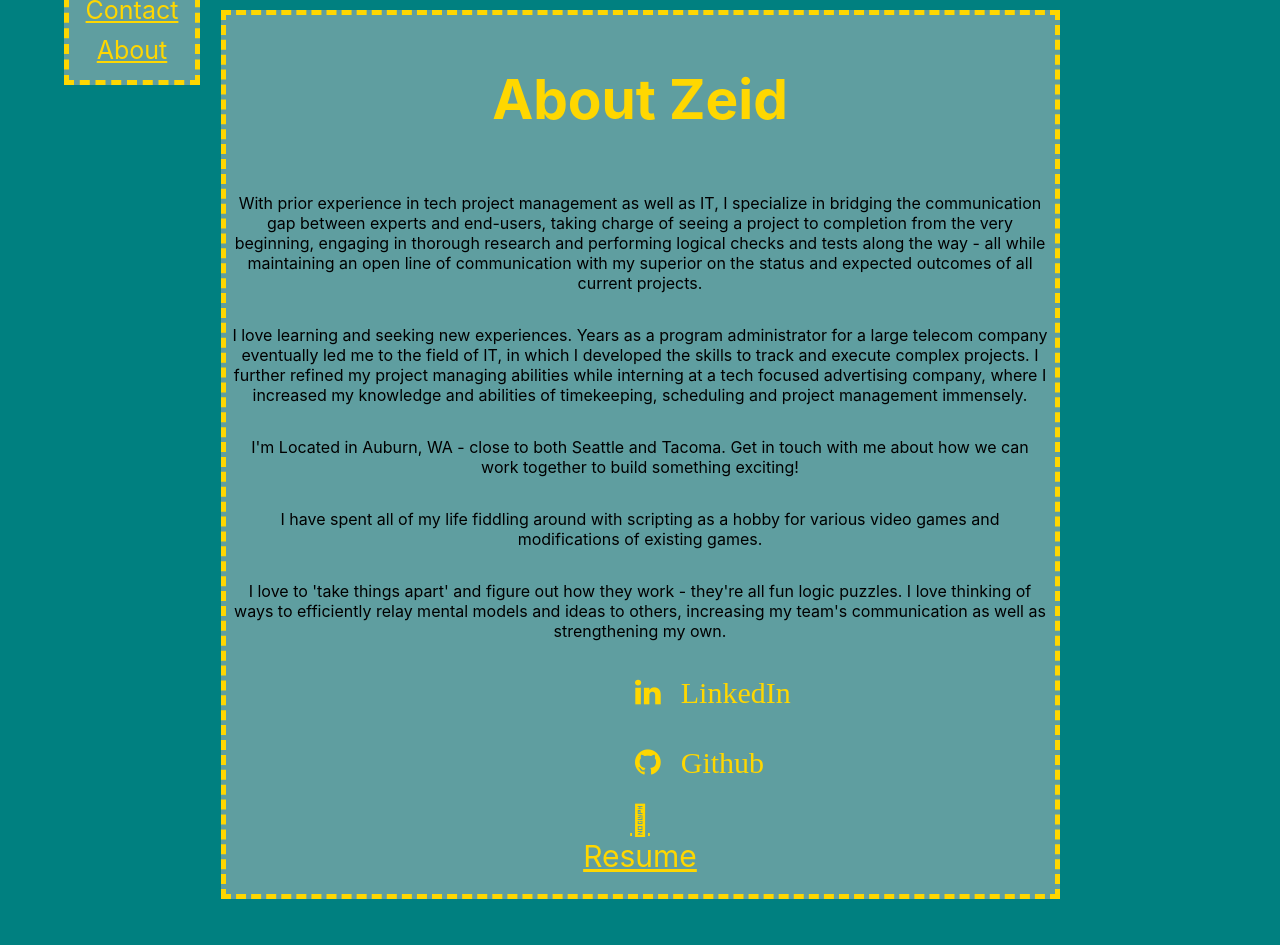
Repository: zeidalidiez/portfolioreact
Page: /About
These files come from the project's save history. The page is drawn as it stood at one moment and after the next save; the edit follows.
The browser window is 1280 px wide. The pictures show the whole page.
The project was rebuilt for these pictures with package versions that can differ from the ones it lists, and the page was loaded fresh each time. Also part of the build but not shown: src/components/Thumbnail.js, src/components/Projects.js, src/components/Contact.js.

Above is the page before, as saved 2021-02-09 00:18:49.

### public/index.html
<!DOCTYPE html>
<html lang="en">
  <head>
    <meta charset="utf-8" />
    <link href="data:[embedded picture, 289 characters]" rel="icon" type="image/x-icon" />    <meta name="viewport" content="width=device-width, initial-scale=1" />
    <link rel="stylesheet" href="https://cdnjs.cloudflare.com/ajax/libs/font-awesome/4.7.0/css/font-awesome.min.css">
    <meta name="theme-color" content="#000000" />
    <meta
      name="description"
      content="Web site created using create-react-app"
    />    <!--
      manifest.json provides metadata used when your web app is installed on a
      user's mobile device or desktop. See https://developers.google.com/web/fundamentals/web-app-manifest/
    -->
    <link rel="manifest" href="%PUBLIC_URL%/manifest.json" />
    <!--
      Notice the use of %PUBLIC_URL% in the tags above.
      It will be replaced with the URL of the `public` folder during the build.
      Only files inside the `public` folder can be referenced from the HTML.

      Unlike "/favicon.ico" or "favicon.ico", "%PUBLIC_URL%/favicon.ico" will
      work correctly both with client-side routing and a non-root public URL.
      Learn how to configure a non-root public URL by running `npm run build`.
    -->
    <title>Zeid Diez - Portfolio</title>
  </head>
  <body>
    <noscript>You need to enable JavaScript to run this app.</noscript>
    <div id="root"></div>
    <!--
      This HTML file is a template.
      If you open it directly in the browser, you will see an empty page.

      You can add webfonts, meta tags, or analytics to this file.
      The build step will place the bundled scripts into the <body> tag.

      To begin the development, run `npm start` or `yarn start`.
      To create a production bundle, use `npm run build` or `yarn build`.
    -->
  </body>
</html>

### src/index.js
import React from 'react';
import ReactDOM from 'react-dom';
import './index.css';
import App from './components/App';
import reportWebVitals from './reportWebVitals';

ReactDOM.render(
  <React.StrictMode>
  <App />
  </React.StrictMode>,
  document.getElementById('root')
);

// If you want to start measuring performance in your app, pass a function
// to log results (for example: reportWebVitals(console.log))
// or send to an analytics endpoint. Learn more: https://bit.ly/CRA-vitals
reportWebVitals();

### src/components/App.js
// App.jsx

import React from 'react';
// Import the BrowserRouter, Route and Link components
import {Route, BrowserRouter as Router, Link} from "react-router-dom";
import Projects from './Projects.js';
import Contact from './Contact.js';
import About from './About.js';
import './App.css';

function App() {
  return (
    <header>
    <Router>
      <div className="App">
        <Route exact path="/Projects" component={Projects} />
        <Route exact path="/Contact" component={Contact} />
        <Route exact path="/About" component={About} />
        <Route exact path="/" component={About} />
  <nav>
        <div className="navigation">
          <div className="navigation-sub">
            <Link to="/Projects" className="item">Projects</Link>
            <Link to="/Contact" className="item">Contact</Link>
            <Link to="/About" className="item">About</Link>

          </div>
        </div>
        </nav>
      </div>
    </Router>
    <menu>

</menu>
    </header>


  );
}

export default App;

### src/components/About.js
import React from "react"

function About(props) {
  return (
    <div className="aboutDiv">
      <h2>About Zeid</h2>
      <p>With prior experience in tech project management as well as IT, I specialize in bridging the communication gap between experts and end-users, taking charge of seeing a project to completion from the very beginning, engaging in thorough research and performing logical checks and tests along the way - all while maintaining an open line of communication with my superior on the status and expected outcomes of all current projects. </p>
      <p>I love learning and seeking new experiences. Years as a program administrator for a large telecom company eventually led me to the field of IT, in which I developed the skills to track and execute complex projects. I further refined my project managing abilities while interning at a tech focused advertising company, where I increased my knowledge and abilities of timekeeping, scheduling and project management immensely.</p>
      <p>I'm Located in Auburn, WA - close to both Seattle and Tacoma. Get in touch with me about how we can work together to build something exciting! </p>
      <p>I have spent all of my life fiddling around with scripting as a hobby for various video games and modifications of existing games.</p>
      <p>I love to 'take things apart' and figure out how they work - they're all fun logic puzzles. I love thinking of ways to efficiently relay mental models and ideas to others, increasing my team's communication as well as strengthening my own.</p>

      <a href="https://www.linkedin.com/in/zeid-diez/" class="fa fa-linkedin">LinkedIn</a>
      <a href="https://github.com/zeidalidiez" class="fa fa-github">Github</a>
      <a href="https://github.com/zeidalidiez/portfolioreact/raw/master/public/New%20Resume.pdf" class="fas fa-file">Resume</a>
    </div>
  )
}

export default About;

### src/components/App.css

body {
  background-color: teal;
  display: grid;
}
div {
display: grid;
padding: 5px;
position: relative;
text-align: center;
padding-bottom: 15px;

}
 .projectDiv {
  background-color: cadetblue;
  width: 65%;
  justify-self: center;
  align-self: center;
  align-items: center;
  border: 5px dashed gold;
 }
h2 {
  color: Gold;
  font-size: 55px;
}

/* div.project {
  text-align: center;
  font-family: Georgia, "Times New Roman", Times, serif;
  font-style: italic;
  padding-bottom: 15px;
  border: 5px dashed gold;
  width: 80%;
  justify-self: center;
} */

div.project-title {
  position: relative;
  text-align: center;
  font-family: Georgia, "Times New Roman", Times, serif;
  font-style: italic;
  padding-bottom: 15px;

}

.navigation {
text-align: center;
align-self: center;
top: 0;
position: fixed;
  }

.navigation-sub {
padding: 10px;
text-align: center;
align-self: center;
bottom: auto;
left: 5%;
position: fixed;
border: 5px dashed gold;
background-color: cadetblue;
font-size: 25px;
}

a {
  display: grid;
padding: 5px;
text-align: center;
align-self: center;
}

img {
  display: block;
  margin-left: auto;
  margin-right: auto;
  width: 50%;
}


/* unvisited link */
a:link {
  color: gold;
}

/* visited link */
a:visited {
  color: rgb(255, 208, 0);
}

/* mouse over link */
a:hover {
  color: rgb(255, 174, 0);
}

/* selected link */
a:active {
  color: rgb(255, 0, 0);
}

.aboutDiv {
  background-color: cadetblue;
  width: 65%;
  justify-self: center;
  border: 5px dashed gold;

}

form {
  background-color: cadetblue;
  width: 65%;
  justify-self: center;
  padding-bottom: 60px;
  display: grid;
  border: 5px dashed gold;
}

.emailInput {
  width: 100%;
  padding: 12px 20px;
  margin: 8px 0;
  box-sizing: border-box;
}

.messageInput {
  width: 100%;
  box-sizing: border-box;
  height: 150px;
  border-radius: 4px;
  resize: none;
}

/* Style all font awesome icons */
.fa {
  padding: 20px;
  font-size: 50px;
  width: 50px;
  text-align: center;
  text-decoration: none;
  justify-self:center;
}

/* Add a hover effect if you want */
.fa:hover {
  opacity: 0.7;
}

/* Set a specific color for each brand */

/* Resume */
.fa-file {
  font-size: 30px;
}

/* linkedin */
.fa-linkedin {
  font-size: 30px;
}

/* github */
.fa-github {

  font-size: 30px;
}

a.fa.fa-linkedin::before {
  padding: 20px;
}

a.fa.fa-github::before {
  padding: 20px;
}

a.fa.fa-linkedin::after {
  font-size: 20px;
}

a.fa.fa-github::after {
  font-size: 20px;
}

@media screen and (max-width: 800px) {
  .navigation {
    text-align: center;
    align-self: center;
    top: 0;
    position: fixed;
      }

    .navigation-sub {
    padding: 10px;
    text-align: center;
    align-self: center;
    bottom: auto;
    left: 5%;
    position: fixed;
    border: 5px dashed gold;
    background-color: cadetblue;
    font-size: 10px;
    }
}

Loaded but not shown: src/index.css (common file); src/reportWebVitals.js (common file)

After the next save:
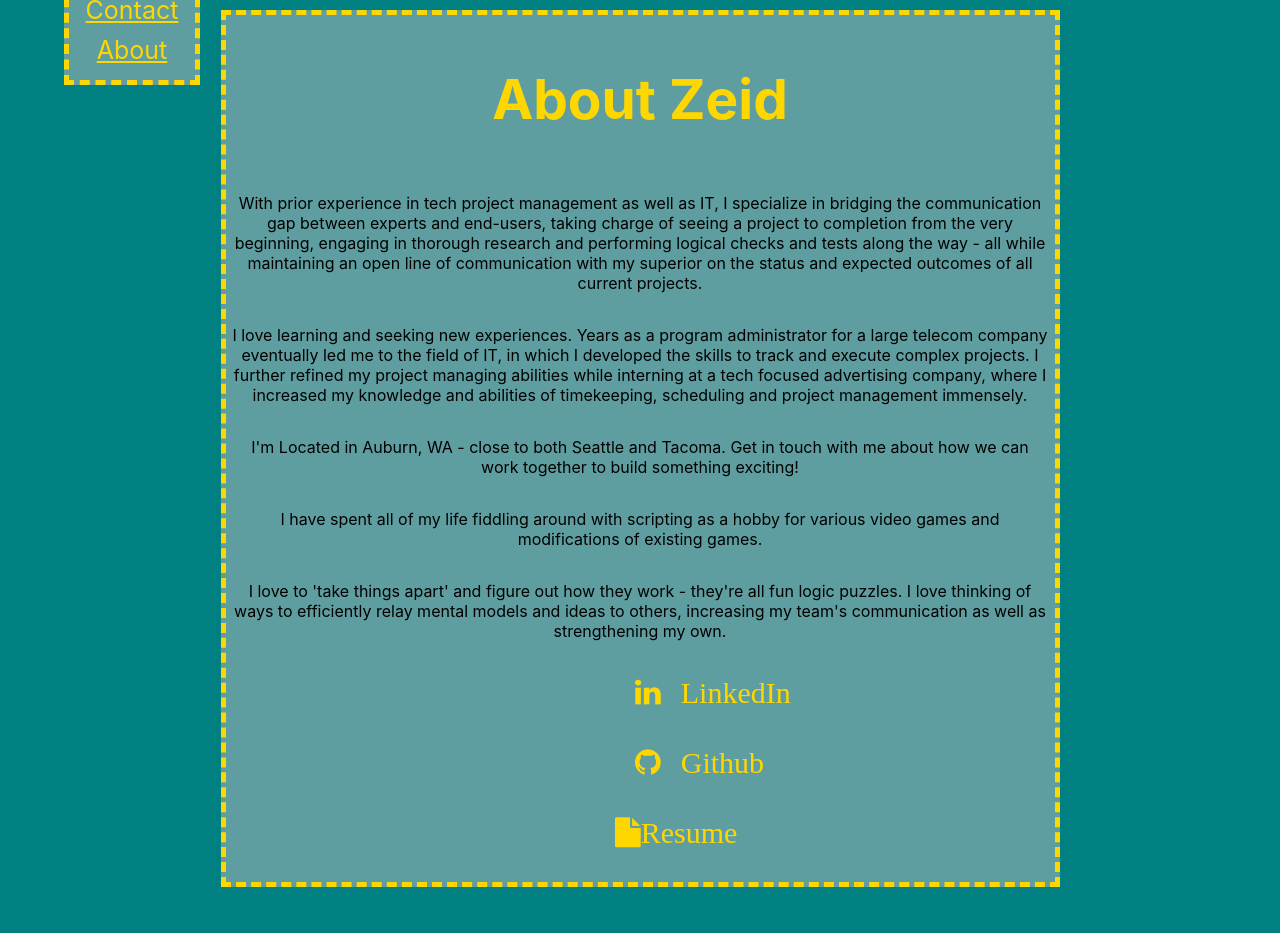
Saved 64 s later.
--- a/src/components/About.js
+++ b/src/components/About.js
@@ -12,7 +12,7 @@ function About(props) {
 
       <a href="https://www.linkedin.com/in/zeid-diez/" class="fa fa-linkedin">LinkedIn</a>
       <a href="https://github.com/zeidalidiez" class="fa fa-github">Github</a>
-      <a href="https://github.com/zeidalidiez/portfolioreact/raw/master/public/New%20Resume.pdf" class="fas fa-file">Resume</a>
+      <a href="https://github.com/zeidalidiez/portfolioreact/raw/master/public/New%20Resume.pdf" class="fa fa-file">Resume</a>
     </div>
   )
 }
